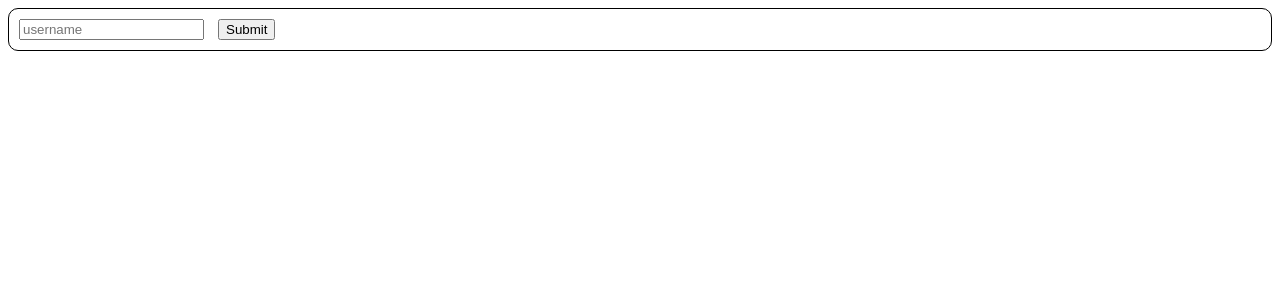
Repository: myoder020/Projects
Page: http://localhost/Forms/form1.jsp
An editor plug-in stored every save of this project. The page is shown before and after the next save, followed by the edit.
The browser window is 1280 px wide. The pictures show the whole page.
The page is served by Tomcat 9. Other server files are loaded and not shown.

Above is the page before, as saved 2015-05-06 03:02:19.

### Servlets/Forms/WebContent/form1.jsp
<%@ page language="java" contentType="text/html; charset=ISO-8859-1"
    pageEncoding="ISO-8859-1"%>
<!DOCTYPE html PUBLIC "-//W3C//DTD HTML 4.01 Transitional//EN" "http://www.w3.org/TR/html4/loose.dtd">
<html>
<head>
<meta http-equiv="Content-Type" content="text/html; charset=ISO-8859-1">
<title>Form</title>

<style>

form {

	border: 1px solid #000;
	padding: 10px 0;
	border-radius:10px;

}

form input {

	margin-left: 10px;

}

</style>
</head>
<body>

	<form action="/Forms/Controller" method="post">

		<input type="text" name="user" placeholder="username"/>
		<input type="submit" value="Submit"/>

	</form>


</body>
</html>

After the next save:
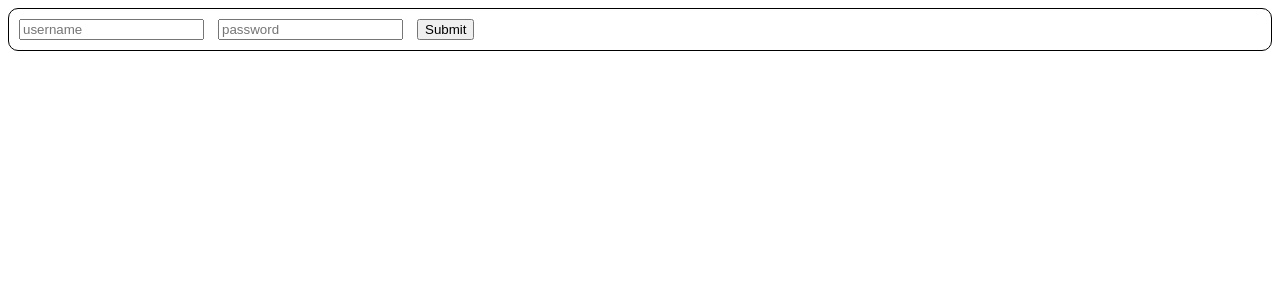
Saved 33 s later.
--- a/Servlets/Forms/WebContent/form1.jsp
+++ b/Servlets/Forms/WebContent/form1.jsp
@@ -29,6 +29,7 @@ form input {
 	<form action="/Forms/Controller" method="post">
 
 		<input type="text" name="user" placeholder="username"/>
+		<input type="text" name="password" placeholder="password"/>
 		<input type="submit" value="Submit"/>
 
 	</form>
